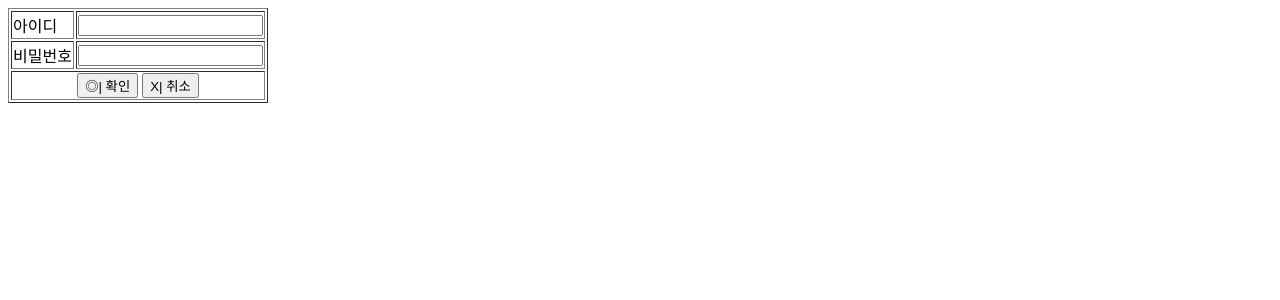
Repository: Leewonhoo/kostaweb
Page: Jsp_sample/WebContent/login.html
The author's editor kept a copy of each file at every save. The page is drawn from the files as they stood at one save, then again after the next save.
The browser window is 1280 px wide. The pictures show the whole page.

Above is the page before, as saved 2017-09-12 00:40:34.

After the next save:
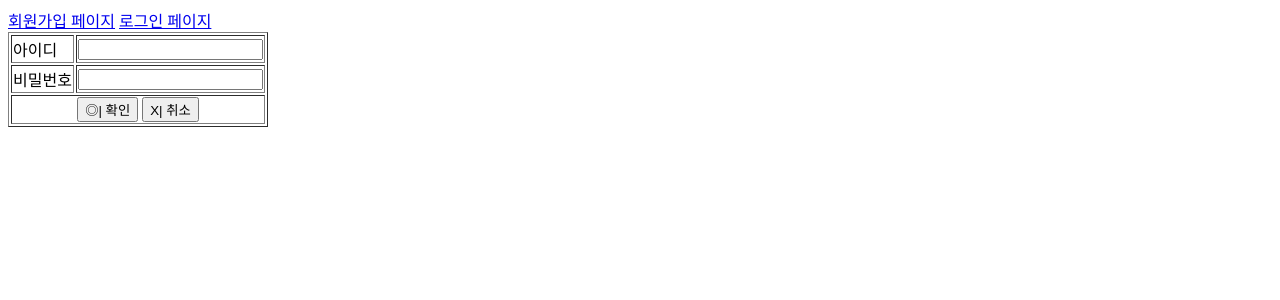
Saved 8 min 48 s later.
--- a/Jsp_sample/WebContent/login.html
+++ b/Jsp_sample/WebContent/login.html
@@ -5,6 +5,8 @@
 <title>로그인 페이지</title>
 </head>
 <body>
+	<a href="join.html">회원가입 페이지</a>
+	<a href="login.html">로그인 페이지</a>
 	<!-- 아이디, 비밀번호 -->
 	<table border="1">
 		<form action="" name="loginForm">
